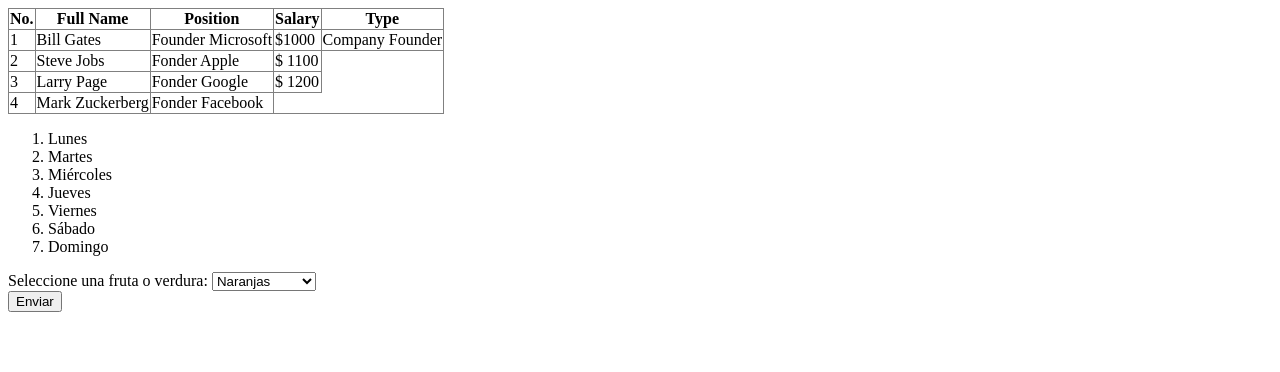
Repository: ScoggoDev/DesarrolloWeb
Page: tarea en equipo 1/tep1.html
These files come from the project's save history. The page is drawn as it stood at one moment and after the next save; the edit follows.
The browser window is 1280 px wide. The pictures show the whole page.

Above is the page before, as saved 2021-07-07 18:59:58.

After the next save:
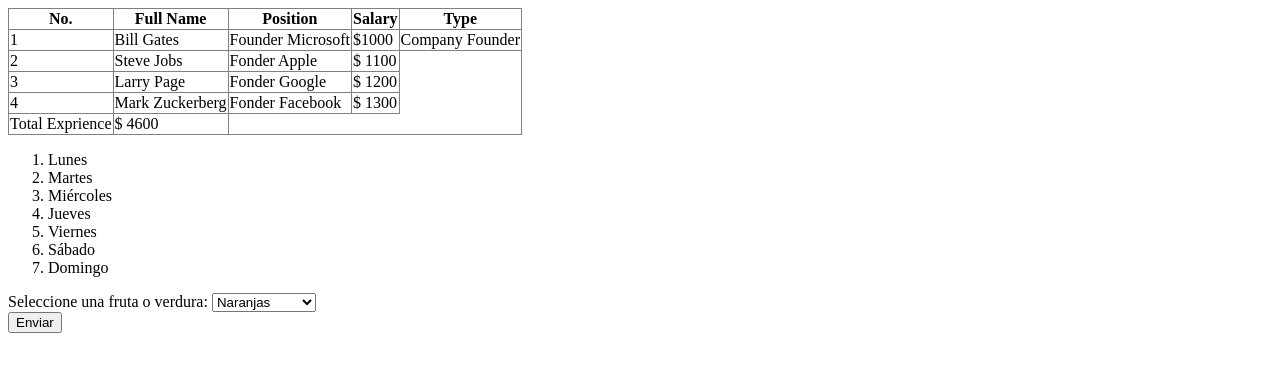
Saved 53 s later.
--- a/tarea en equipo 1/tep1.html
+++ b/tarea en equipo 1/tep1.html
@@ -41,9 +41,14 @@
                     <td>4</td>
                     <td>Mark Zuckerberg</td>
                     <td>Fonder Facebook</td>
+                    <td>$ 1300</td>
+                </tr>
+                <tr>
+                    <td>Total Exprience</td>
+                    <td>$ 4600</td>
                 </tr>
             </tbody>
-            </table>
+        </table>
         <ol>
             <li>Lunes</li>
             <li>Martes</li>
